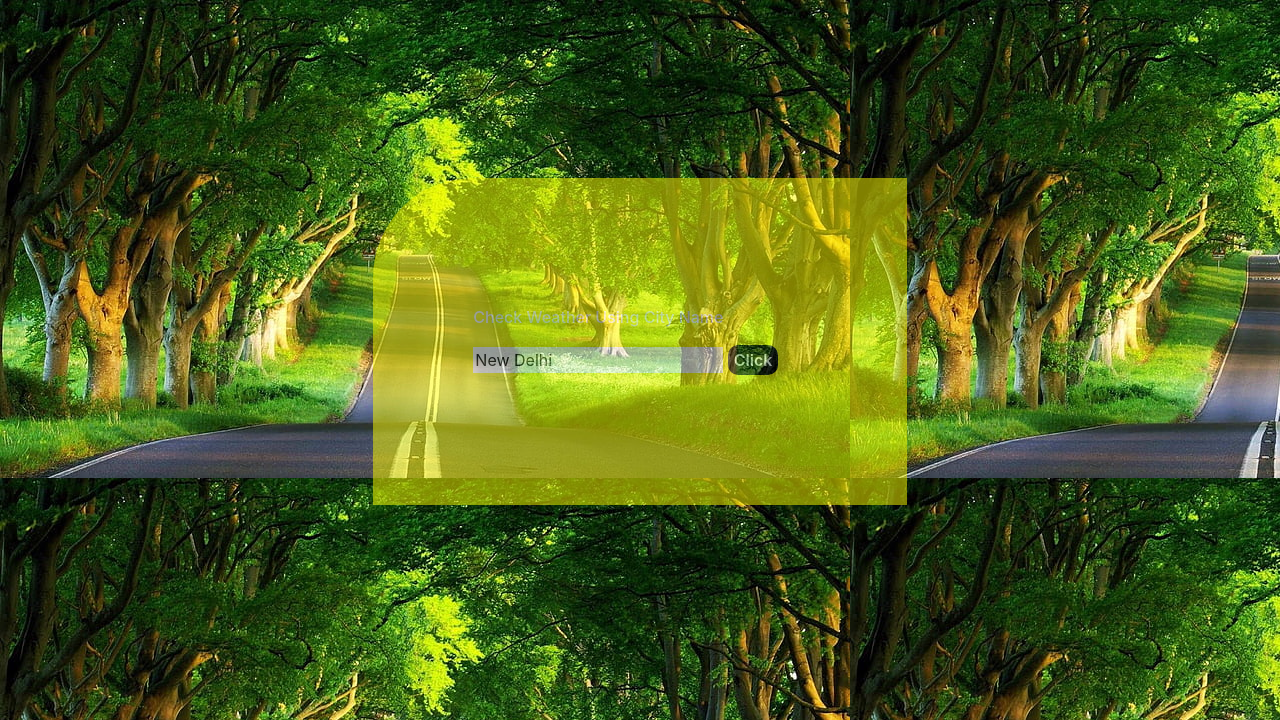
Repository: prashantkumarbind/Hospital-Weather-Concept
Page: http://localhost/weather-app/
These files come from the project's save history. The page is drawn as it stood at one moment and after the next save; the edit follows.
The browser window is 1280 px wide. The pictures show the whole page.
The page is served by Tomcat 9.

Above is the page before, as saved 2024-01-19 07:46:11.

After the next save:
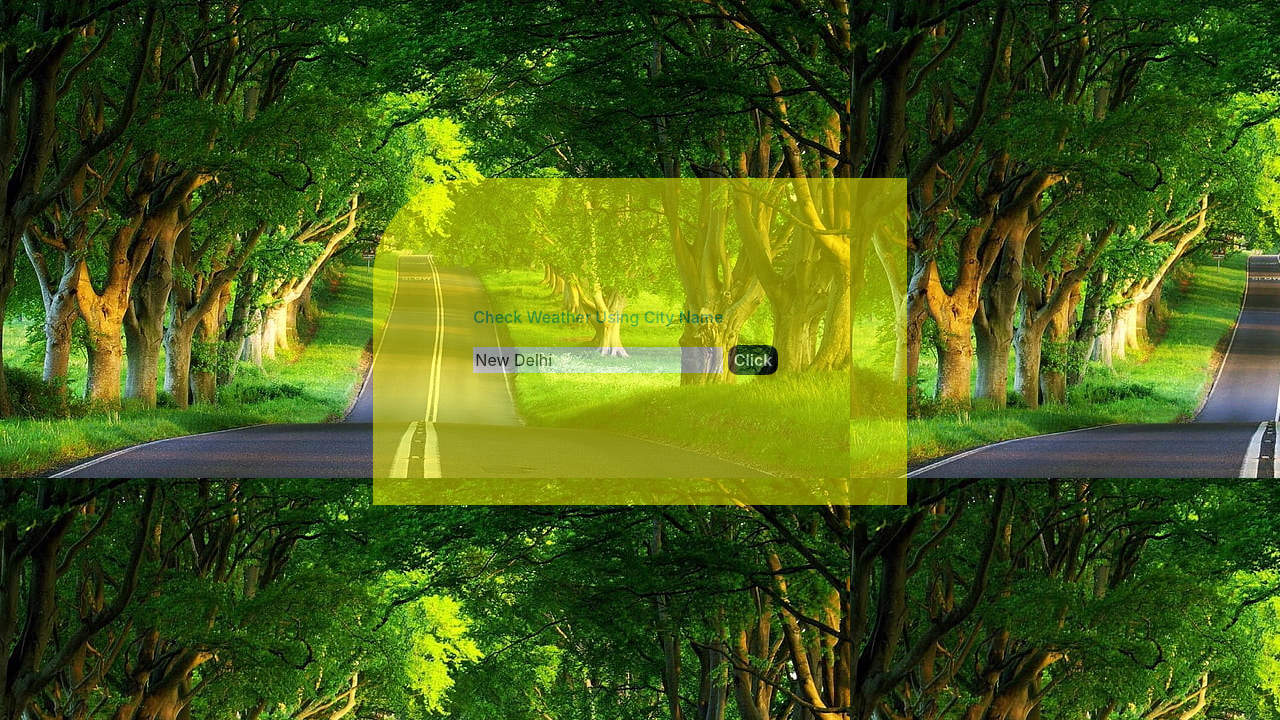
Saved 23 s later.
--- a/weather-app/src/main/webapp/index.jsp
+++ b/weather-app/src/main/webapp/index.jsp
@@ -47,7 +47,7 @@
 			<div class="container-fluid">
 				<div class="row justify-content-center">
 					<div class="col-5 form controller ">
-						<h6 class="text-white">Check Weather Using City Name</h6>
+						<h6 class="text-success">Check Weather Using City Name</h6>
 						<form action="FormDataController" method="Post">
 							 <div class="form-design">
 							 	<input class="text-design" type="text" name="city_name" value="New Delhi">
